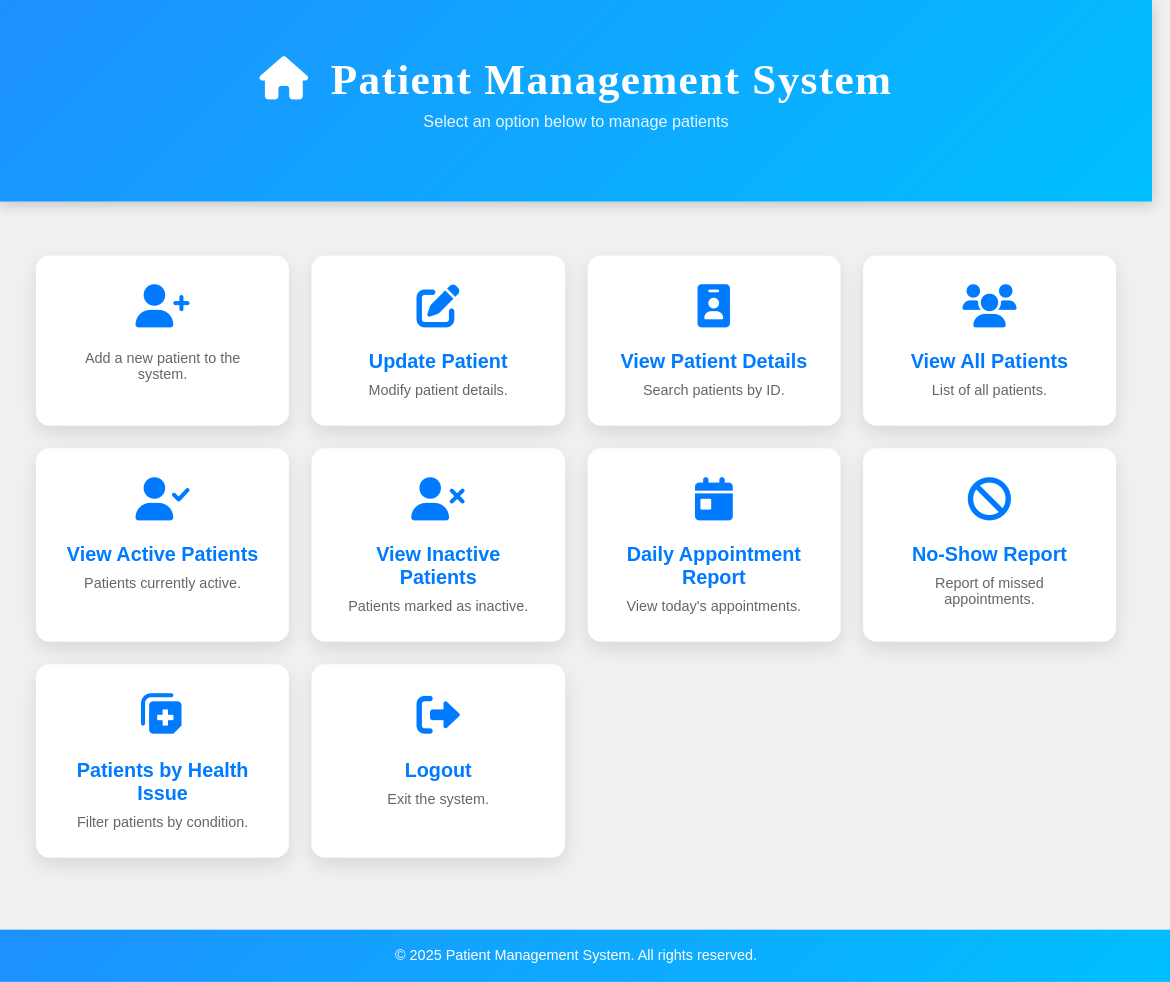
Repository: VamsiPerni/Care-and-Cure-Hospital
Page: http://localhost/patienthome
An editor plug-in stored every save of this project. The page is shown before and after the next save, followed by the edit.
The browser window is 1280 px wide. The page is 1300 px wide, so the pictures cover 1300 px, including what lies to the right of the window. The pictures show the whole page, at 90% of full size.
The page is this project's Thymeleaf template; nobody is signed in. The template is opened directly, without the code that normally fills it, so the values that code supplies are empty.

Above is the page before, as saved 2025-04-08 10:55:22.

### Care_and_Cure_Hospital_AppUI/src/main/resources/templates/patienthome.html
<!DOCTYPE html>
<html lang="en" xmlns:th="http://www.thymeleaf.org">
<head>
    <meta charset="UTF-8">
    <meta name="viewport" content="width=device-width, initial-scale=1.0">
    <title>Patient Management System</title>
    <link href="https://fonts.googleapis.com/css2?family=Roboto:wght@400;500;700&family=Playfair+Display:wght@700&display=swap" rel="stylesheet">
    <link rel="stylesheet" href="https://cdnjs.cloudflare.com/ajax/libs/font-awesome/6.0.0-beta3/css/all.min.css">
    <style>
        body {
            background-color: #f0f0f0;
            font-family: 'Poppins', sans-serif;
            margin: 0;
            padding: 0;
            display: flex;
            flex-direction: column;
            align-items: center;
            justify-content: center;
            min-height: 100vh;
            color: #333;
        }

        header {
            background: linear-gradient(135deg, #1e90ff, #00bfff);
            width: 100%;
            padding: 60px 0;
            text-align: center;
            box-shadow: 0 4px 15px rgba(0, 0, 0, 0.2);
            margin-bottom: 40px;
        }

        header h1 {
            color: white;
            font-family: 'Poppins', serif;
            font-size: 48px;
            font-weight: 700;
            margin: 0;
            letter-spacing: 1.5px;
        }

        header p {
            color: rgba(255, 255, 255, 0.9);
            font-size: 18px;
            margin-top: 10px;
        }

        .grid-container {
            display: grid;
            grid-template-columns: repeat(auto-fit, minmax(280px, 1fr));
            gap: 25px;
            max-width: 1200px;
            margin: 0 auto;
            padding: 20px;
        }

        .feature-box {
            background: white;
            padding: 30px;
            border-radius: 15px;
            text-align: center;
            box-shadow: 0 8px 20px rgba(0, 0, 0, 0.1);
            transition: transform 0.3s ease, box-shadow 0.3s ease, background 0.3s ease;
            cursor: pointer;
            position: relative;
            overflow: hidden;
        }

        .feature-box::before {
            content: '';
            position: absolute;
            top: 0;
            left: 0;
            width: 100%;
            height: 100%;
            background: linear-gradient(135deg, #1e90ff, #00bfff);
            opacity: 0;
            transition: opacity 0.3s ease;
            z-index: 1;
        }

        .feature-box:hover::before {
            opacity: 1;
        }

        .feature-box:hover {
            transform: translateY(-10px);
            box-shadow: 0 12px 30px rgba(0, 0, 0, 0.2);
        }

        .feature-box:hover .icon,
        .feature-box:hover .title,
        .feature-box:hover .description {
            color: white;
            z-index: 2;
        }

        a {
            text-decoration: none;
            color: inherit;
        }

        .icon {
            font-size: 48px;
            margin-bottom: 20px;
            color: #007bff;
            transition: color 0.3s ease;
            position: relative;
            z-index: 2;
        }

        .title {
            font-size: 22px;
            font-weight: 600;
            color: #007bff;
            margin-bottom: 10px;
            transition: color 0.3s ease;
            position: relative;
            z-index: 2;
        }

        .description {
            font-size: 16px;
            color: #666;
            transition: color 0.3s ease;
            position: relative;
            z-index: 2;
        }

        footer {
            margin-top: 60px;
            padding: 20px;
            width: 100%;
            text-align: center;
            background: linear-gradient(135deg, #1e90ff, #00bfff);
            color: white;
            font-size: 16px;
            font-weight: 500;
        }
    </style>
</head>
<body>
    <header>
    <h1>
        <a href="/adminDashboard" style="color: white; text-decoration: none;">
            <i class="fas fa-home" style="margin-right: 10px;"></i>
            Patient Management System
        </a>
    </h1>
    <p>Select an option below to manage patients</p>
</header>
    <div class="grid-container">
        <div class="feature-box">
            <div class="icon"><i class="fas fa-user-plus"></i></div>
          <!--  <div class="title"><a th:href="@{/ui/patients/add}">Register New Patient</a></div> -->
            <div class="description">Add a new patient to the system.</div>
        </div>
        <div class="feature-box">
            <div class="icon"><i class="fas fa-edit"></i></div>
            <div class="title"><a th:href="@{/ui/patients/enterId}">Update Patient</a></div>
            <div class="description">Modify patient details.</div>
        </div>
        <div class="feature-box">
            <div class="icon"><i class="fas fa-id-badge"></i></div>
            <div class="title"><a th:href="@{/ui/patients/enterPatientId}">View Patient Details</a></div>
            <div class="description">Search patients by ID.</div>
        </div>
        <div class="feature-box">
            <div class="icon"><i class="fas fa-users"></i></div>
            <div class="title"><a th:href="@{/ui/patients/all}">View All Patients</a></div>
            <div class="description">List of all patients.</div>
        </div>
        <div class="feature-box">
            <div class="icon"><i class="fas fa-user-check"></i></div>
            <div class="title"><a th:href="@{/ui/patients/status/active}">View Active Patients</a></div>
            <div class="description">Patients currently active.</div>
        </div>
        <div class="feature-box">
            <div class="icon"><i class="fas fa-user-times"></i></div>
            <div class="title"><a th:href="@{/ui/patients/status/inactive}">View Inactive Patients</a></div>
            <div class="description">Patients marked as inactive.</div>
        </div>
        <div class="feature-box">
            <div class="icon"><i class="fas fa-calendar-day"></i></div>
            <div class="title"><a th:href="@{/ui/patients/report/dailyAppointments}">Daily Appointment Report</a></div>
            <div class="description">View today's appointments.</div>
        </div>
        <div class="feature-box">
            <div class="icon"><i class="fas fa-ban"></i></div>
            <div class="title"><a th:href="@{/ui/patients/report/noShows}">No-Show Report</a></div>
            <div class="description">Report of missed appointments.</div>
        </div>
        <div class="feature-box">
            <div class="icon"><i class="fas fa-notes-medical"></i></div>
            <div class="title"><a th:href="@{/ui/patients/report/healthIssue}">Patients by Health Issue</a></div>
            <div class="description">Filter patients by condition.</div>
        </div>
        <div class="feature-box">
            <div class="icon"><i class="fas fa-sign-out-alt"></i></div>
            <div class="title"><a href="/">Logout</a></div>
            <div class="description">Exit the system.</div>
        </div>
    </div>
    <footer>
        &copy; 2025 Patient Management System. All rights reserved.
    </footer>
</body>
</html>

After the next save:
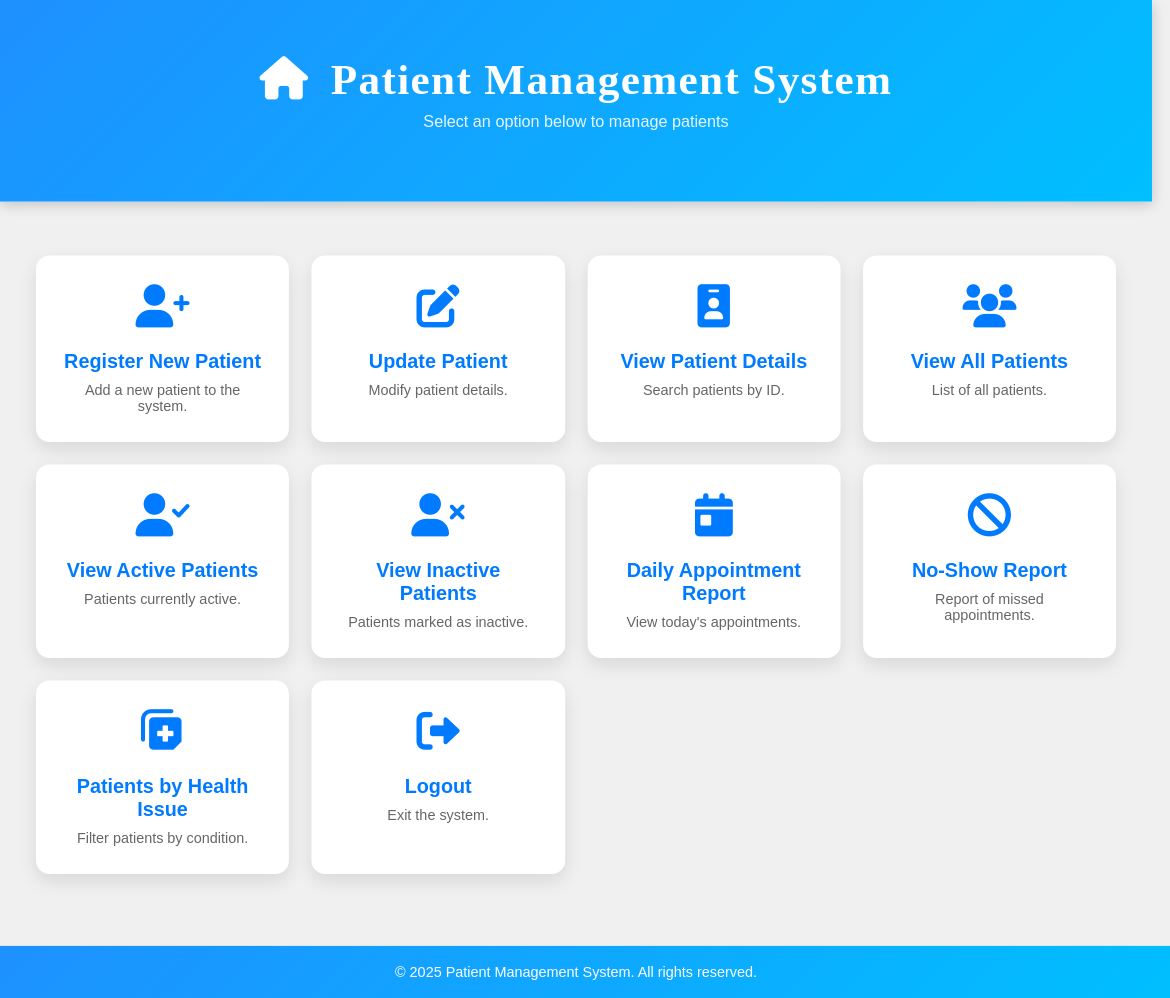
Saved 6 s later.
--- a/Care_and_Cure_Hospital_AppUI/src/main/resources/templates/patienthome.html
+++ b/Care_and_Cure_Hospital_AppUI/src/main/resources/templates/patienthome.html
@@ -151,7 +151,7 @@
     <div class="grid-container">
         <div class="feature-box">
             <div class="icon"><i class="fas fa-user-plus"></i></div>
-          <!--  <div class="title"><a th:href="@{/ui/patients/add}">Register New Patient</a></div> -->
+            <div class="title"><a th:href="@{/ui/patients/add}">Register New Patient</a></div>
             <div class="description">Add a new patient to the system.</div>
         </div>
         <div class="feature-box">
